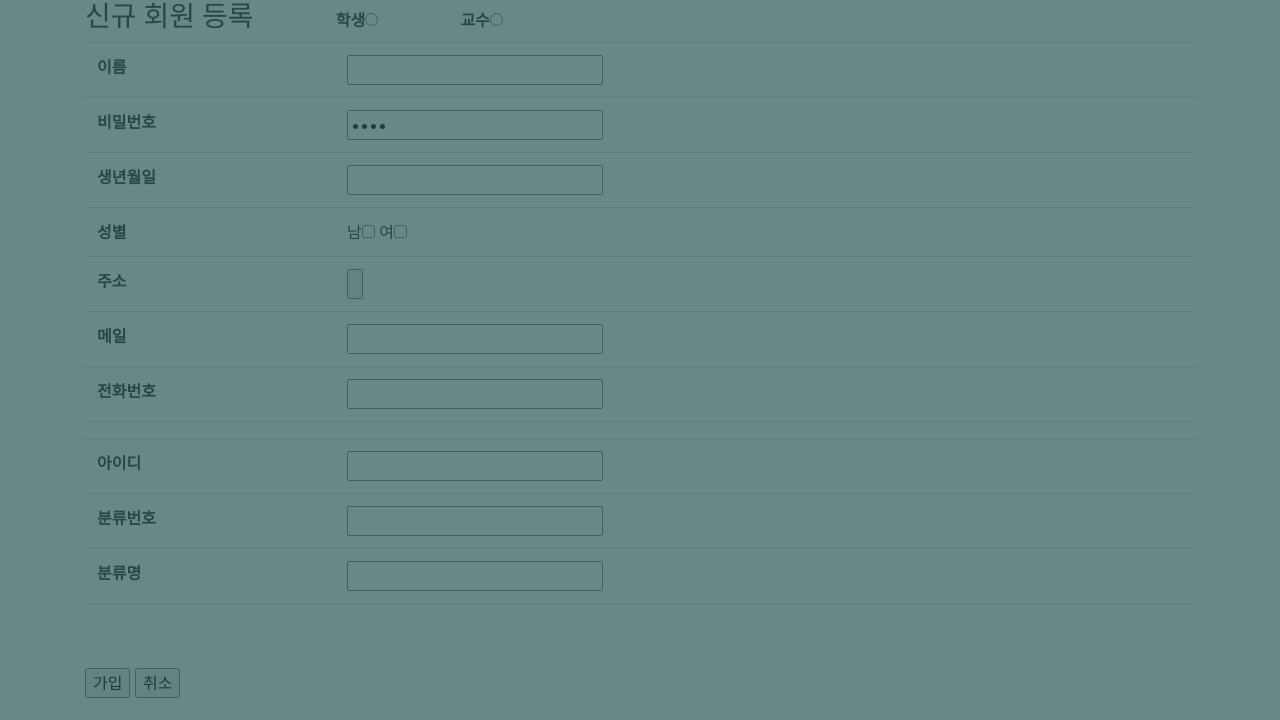
Repository: JavaJin96/kr.or.ddit.HighJava
Page: http://localhost/TeamProjectDCUM/work_kmk/system/InsertMember.jsp
The author's editor kept a copy of each file at every save. The page is drawn from the files as they stood at one save, then again after the next save.
The browser window is 1280 px wide. The pictures show the whole page.
The page is served by Tomcat 9. Other server files are loaded and not shown.

Above is the page before, as saved 2022-02-15 06:29:11.

### 3.Highjava/workspace/TeamProjectDCUM/WebContent/work_kmk/system/InsertMember.jsp
<%@ page language="java" contentType="text/html; charset=UTF-8"
	pageEncoding="UTF-8"%>
<!DOCTYPE html>
<html>
<head>
<meta charset="UTF-8">
<title>Insert title here</title>
<script src="<%=request.getContextPath()%>/js/jquery-3.6.0.min.js"></script>
<!-- Core theme CSS (includes Bootstrap) -->
<link href="css/styles.css" rel="stylesheet" />
<link rel="stylesheet"
	href="https://cdn.jsdelivr.net/npm/bootstrap@4.6.1/dist/css/bootstrap.min.css">
<script
	src="https://cdn.jsdelivr.net/npm/popper.js@1.16.1/dist/umd/popper.min.js"></script>
<script
	src="https://cdn.jsdelivr.net/npm/bootstrap@4.6.1/dist/js/bootstrap.bundle.min.js"></script>
</head>
<script type="text/javascript">
	$(function() {

		$("#add").on("click", function(){
		    new daum.Postcode({
		        oncomplete: function(data) {
		            $()
		        }
		    }).open();

		})

		$("#cs").on("click", function() {
			$("#sortnum").val("1").attr("readonly", true);
			$("#sortnm").val("학생").attr("readonly", true);
			$("#student").show();
			$("#id").val("");
			$("#professor").val("").hide();

			$("#dn1").on("change", function(){
				num1 = $("#sd").val().substr(0,4);
				num2 = $(".dn").val();
				$.ajax({
					url : "<%=request.getContextPath()%>/joinSelectS.do",
					data : {
						"num1" : num1,
						"num2" : num2
					},
					method : "post",
					success : function(res){
						$("#id").val(res.res);
					},
					error : function(xhr){
						alert("상태 : " + xhr.status)
					},
					dataType : "json"
				})
			})
		})

		$("#cp").on("click", function(){
			$("#sortnum").val("2").attr("readonly", true);
			$("#sortnm").val("교수").attr("readonly", true);
			$("#professor").show();
			$("#id").val("");
			$("#student").val("").hide();

			$("#dn2").on("change", function(){
				num1 = $("#dn2").val();
				console.log(num1);
				$.ajax({
					url : "<%=request.getContextPath()%>/joinSelectP.do",
					data : {"num1" : num1},
					method : "post",
					success : function(res){
						$("#id").val(res.res);
					},
					error : function(xhr){
						alert("상태 : " + xhr.status)
					},
					dataType : "json"
				})
			})
		})


})
</script>
<style>
h3{
 display: inline-block;
 padding-right: 7%;
}
.type{
padding-right: 7%;
font-weight: bold;
}
.info{
border-top: 1px solid;
border-bottom: 1px solid;
}
th{
width: 250px;
}

</style>
<body>

	<div class="container">
		<form action="<%=request.getContextPath()%>/join.do" method="post" id="join">
		<h3>신규 회원 등록</h3>
		<span class="type">학생<input type="radio" id="cs" name="cc"></span>
		<span class="type">교수<input type="radio" id="cp" name="cc"></span>
			<table class="table">
				<tr>
					<th class="thead-dark">이름</th>
					<td><input type="text" id="name" name="name"></td>
				</tr>

				<tr>
					<th class="thead-dark">비밀번호</th>
					<td><input type="password" id="password" name="password"
						value="1234"></td>
				</tr>
				<tr>
					<th class="thead-dark">생년월일</th>
					<td><input type="text" id="bir" name="bir"></td>
				</tr>
				<tr>
					<th class="thead-dark">성별
					</th>
					<td>
						남<input type="checkbox" id="male" name="male" value="남">
						여<input type="checkbox" id="female" name="male" value="여">
					</td>
				</tr>
				<tr>
					<th class="thead-dark">주소</th>
					<td><input type="button" id="add" name="add"></td>
				</tr>
				<tr>
					<th class="thead-dark">메일</th>
					<td><input type="text" id="mail" name="mail"></td>
				</tr>
				<tr>
					<th class="thead-dark">전화번호</th>
					<td><input type="text" id="hp" name="hp"></td>
				</tr>
			</table>


			<div id="student" class="info" style="display: none">
				<table class="table">
					<tr>
						<th>입학일</th>
						<td><input type='date' id='sd' name='sd'></td>
					</tr>
					<tr>
						<th>학과번호</th>
						<td>
							<select class='dn' name='dn' id='dn1'>
								<option value="10">컴퓨터공학과</option>
								<option value="20">전자제어과</option>
								<option value="30">산업디자인학과</option>
								<option value="40">건축학과</option>
								<option value="50">경제학과</option>
								<option value="60">일본어과</option>
								<option value="70">영문학과</option>
								<option value="80">중국어과</option>
								<option value="90">IT 비즈니스과</option>
							</select></td>
					</tr>
				</table>
			</div>


			<div id="professor" class="info" style="display: none">
				<table class="table">
					<tr>
						<th>연구실 방번호</th>
						<td><input type='text' id='prn' name='prn'></td>
					</tr>
					<tr>
						<th>연구실 전화번호</th>
						<td><input type='text' id='prh' name='prh'></td>
					</tr>
					<tr>
						<th>학과번호</th>
						<td>
							<select class='dn' name='dn' id='dn2'>
								<option value="10">컴퓨터공학과</option>
								<option value="20">전자제어과</option>
								<option value="30">산업디자인학과</option>
								<option value="40">건축학과</option>
								<option value="50">경제학과</option>
								<option value="60">일본어과</option>
								<option value="70">영문학과</option>
								<option value="80">중국어과</option>
								<option value="90">IT 비즈니스과</option>
							</select>
						</td>
					</tr>
				</table>
			</div>

			<div id="trd2" >
				<table class="table">
					<tr>
						<th>아이디</th>
						<td><input type="text" id="id" name="id" readonly="readonly">
						</td>
					</tr>

					<tr>
						<th>분류번호</th>
						<td><input type="text" id="sortnum" name="sortnum"></td>
					</tr>

					<tr>
						<th>분류명</th>
						<td><input type="text" id="sortnm" name="sortnm"></td>
					</tr>
				</table>
			</div>
			<br><br>
			<input type="submit" value="가입"> <input type="reset"
				value="취소">
		</form>
	</div>
</body>
</html>

Loaded but not shown: 3.Highjava/workspace/TeamProjectDCUM/WebContent/js/jquery-3.6.0.min.js (library); 3.Highjava/workspace/TeamProjectDCUM/WebContent/main/css/styles.css (library)

After the next save:
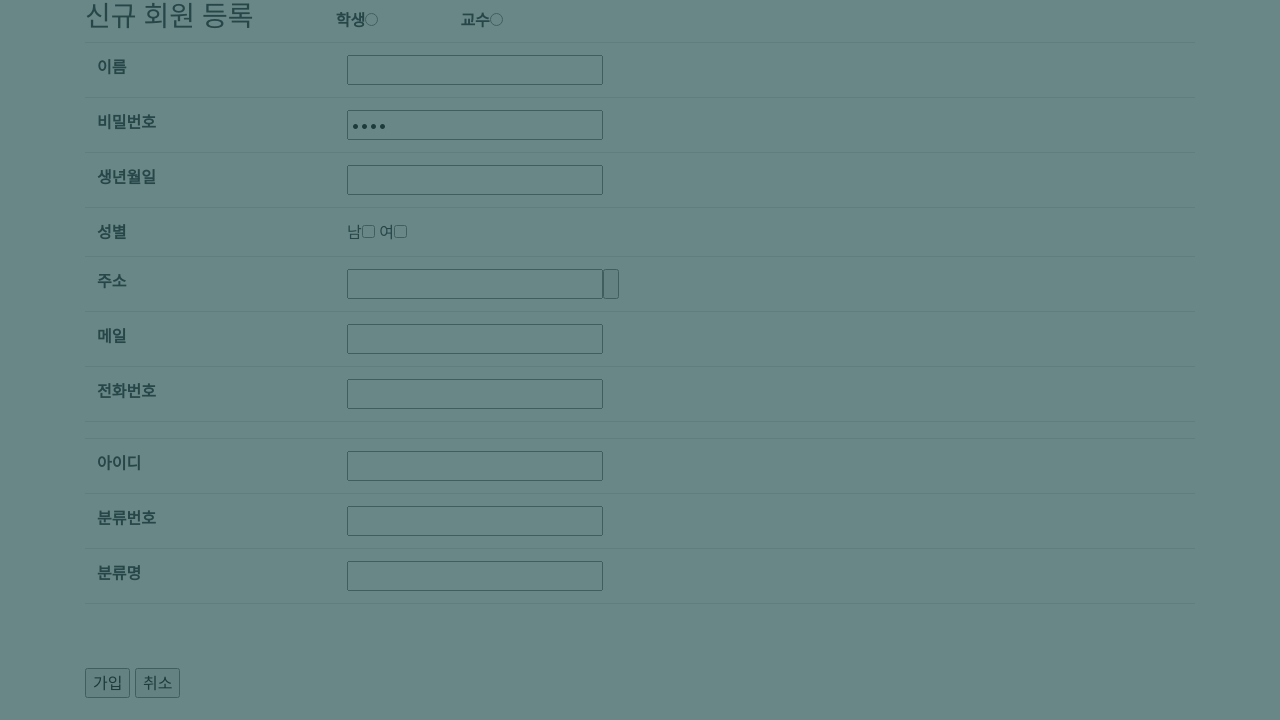
Saved 62 s later.
--- a/3.Highjava/workspace/TeamProjectDCUM/WebContent/work_kmk/system/InsertMember.jsp
+++ b/3.Highjava/workspace/TeamProjectDCUM/WebContent/work_kmk/system/InsertMember.jsp
@@ -18,10 +18,10 @@
 <script type="text/javascript">
 	$(function() {
 
-		$("#add").on("click", function(){
+		$("#add1").on("click", function(){
 		    new daum.Postcode({
 		        oncomplete: function(data) {
-		            $()
+		            alert(data);
 		        }
 		    }).open();
 
@@ -133,7 +133,7 @@ width: 250px;
 				</tr>
 				<tr>
 					<th class="thead-dark">주소</th>
-					<td><input type="button" id="add" name="add"></td>
+					<td><input type="text" id="add" name="add"><input type="button" id="add1" name="add"></td>
 				</tr>
 				<tr>
 					<th class="thead-dark">메일</th>
